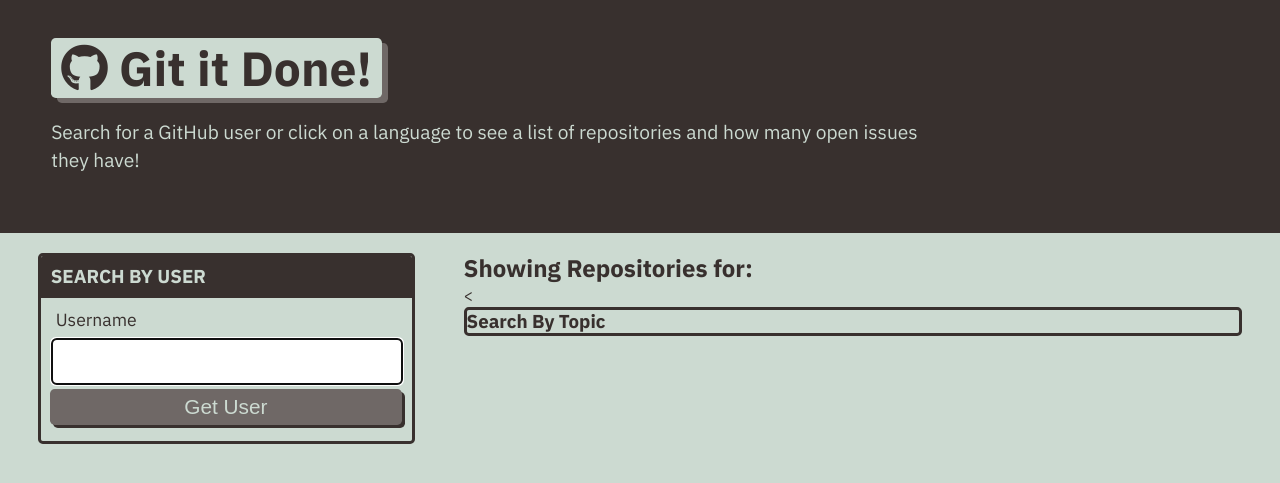
Repository: Brookethorson/git-it-done
Page: index.html
An editor plug-in stored every save of this project. The page is shown before and after the next save, followed by the edit.
The browser window is 1280 px wide. The pictures show the whole page.
Some web libraries are served in a nearby version.

Above is the page before, as saved 2021-09-04 17:38:23.

### index.html
<!DOCTYPE html>
<html lang="en">

<head>
  <meta charset="UTF-8">
  <meta name="viewport" content="width=device-width, initial-scale=1.0">
  <meta http-equiv="X-UA-Compatible" content="ie=edge">
  <link href="https://fonts.googleapis.com/css?family=IBM+Plex+Sans:400,400i,700&display=swap" rel="stylesheet">
  <link rel="stylesheet" href="https://cdnjs.cloudflare.com/ajax/libs/font-awesome/5.11.2/css/all.min.css">
  <link rel="stylesheet" href="./assets/css/style.css" />
  <title>Git it Done</title>
</head>

<body class="flex-column min-100-vh">
  <header class="hero">
    <h1 class="app-title"><i class="fab fa-github"></i> Git it Done!</h1>
    <p>Search for a GitHub user or click on a language to see a list of repositories and how many open issues they have!
    </p>
  </header>


  <main class="flex-row justify-space-between">
    <div class="col-12 col-md-4">

      <div class="card">
        <h3 class="card-header text-uppercase">Search By User</h3>
        <form id="user-form" class="card-body">
          <label class="form-label" for="username">Username</label>
          <input name="username" id="username" type="text" autofocus="true" class="form-input" />
          <button type="submit" class="btn">Get User</button>
        </form>
      </div>
    </div>



    <div class="col-12 col-md-8">
      <h2 class="subtitle">Showing Repositories for: <span id="repo-search-term"></span></h2>
      <div id="repos-container" class="list-group">

  < <div class="card">
    <h3>Search By Topic</h3>
  </div>

      </div>
    </div>
  </main>

  <script src="./assets/js/homepage.js"></script>
</body>

</html>

### assets/css/style.css
:root {
  --primary: #ccdad1;
  --secondary: #9caea9;
  --tertiary: #788585;
  --light-dark: #6f6866;
  --dark: #38302e;
  --border-radius: .3rem;
}

* {
  box-sizing: border-box;
}

body {
  background-color: var(--primary);
  margin: 0;
  padding: 0;
  font-family: "IBM Plex Sans", sans-serif;
  color: var(--dark);
  line-height: 1.5;
  font-size: 16px;
}

h1,
h2,
h3,
h4,
h5,
h6 {
  font-weight: 700;
  margin: 0;
  color: var(--dark);
  line-height: 1.25;
}

main {
  margin: 20px auto;
  width: 94%;
}

p {
  font-size: 1.2rem;
}

 .btn {
  font-size: 1.3rem;
  text-decoration:none;
  padding: 6px 5px;
  width: 100%;
  display: block;
  margin: 5px 0;
  border-radius: var(--border-radius);
  color: var(--primary);
  border: none;
  outline: none;
  background-color: var(--light-dark);
  box-shadow: 3px 3px var(--dark);
  transform: translate(-1px, -1px);
}

 .btn:hover {
  color: var(--primary);
  background-color: var(--tertiary);
  transform: translate(0, 0);
  box-shadow: 2px 2px var(--dark);
}

.btn-inline {
  display: inline;
}

.btn-back {
  border-radius: var(--border-radius);
  color: var(--primary);
  border: none;
  outline: none;
  background-color: var(--light-dark);
  box-shadow: 3px 3px var(--secondary);
  transform: translate(-1px, -1px);
  display: inline-block;
  width: auto;
  margin-top: 20px;
  padding: 15px;
  text-decoration: none;
  font-size: 1.2rem;
}

 .btn-back:hover {
  color: var(--primary);
  background-color: var(--tertiary);
  transform: translate(0, 0);
  box-shadow: 2px 2px var(--dark);
}

.hero {
  padding: 3% 4%;
  background-color: var(--dark);
  color: var(--primary);
}

.hero p {
  max-width: 75%;
}

.app-title {
  font-size: 3rem;
  background-color: var(--primary);
  color: var(--dark);
  padding: 0 10px;
  display: inline-block;
  border-radius: var(--border-radius);
  box-shadow: 6px 5px var(--light-dark);
}

.list-group {
  padding: 0;
  list-style: none;
}

.list-item {
  margin-bottom: 10px;
  padding: 1.5%;
  border-radius: var(--border-radius);
  background-color: var(--light-dark);
  color: var(--primary);
  text-decoration: none;
}

.list-item:hover {
  background-color: var(--dark);
}

.status-icon {
  padding: 2px 5px;
  margin: 0 5px;
  background-color: rgba(255,255,255, 1);
  border-radius: var(--border-radius);
}

.icon-danger {
  color: rgb(255, 70, 70);
}

.icon-success {
  color: rgb(29, 153, 255);
}

/* CARDS */
.card {
  margin: 0 0 20px 0;
  border: 3px solid var(--dark);
  border-radius: var(--border-radius);
}

.card-header {
  color: var(--primary);
  background-color: var(--dark);
  padding: 2.5%;
  border-radius: calc(.18rem - 1px) calc(.18rem - 1px) 0 0;
}

.card-body {
  padding: 2.5%;
}

/* FORM */
.form-label,
.form-input,
.form-textarea {
  display: block;
}

.form-label {
  font-size: 1.1rem;
  margin: 0 0 0 5px;
}

.form-input {
  width: 100%;
  padding: 3%;
  margin: 5px 0;
  font-size: 1.2rem;
  border: 2px solid var(--light-dark);
  border-radius: var(--border-radius);
}

/* HEIGHT / WIDTH UTILS */
.min-100-vh {
  min-height: 100vh;
}

.min-100-vw {
  min-width: 100vw;
}

/* FONT UTILS */
.text-uppercase {
  text-transform: uppercase;
}


/* FLEX CONTENT */
.flex-row {
  display: flex;
  flex-wrap: wrap;
}

.flex-column {
  display: flex;
  flex-direction: column;
  flex-wrap: wrap;
}

.justify-space-between {
  justify-content: space-between;
}

.justify-space-around {
  justify-content: space-around;
}

.justify-flex-start {
  justify-content: flex-start
}

.justify-flex-end {
  justify-content: flex-end;
}

.justify-center {
  justify-content: center;
}

.align-stretch {
  align-items: stretch;
}

.align-end {
  align-items: flex-end;
}

.align-center {
  align-items: center;
}

.col-auto {
  flex-grow: 1;
}

.col-1 {
  flex: 0 0 calc(100% * 1 / 12 - 2%);
}

.col-2 {
  flex: 0 0 calc(100% * 2 / 12 - 2%);
}

.col-3 {
  flex: 0 0 calc(100% * 3 / 12 - 2%);
}

.col-4 {
  flex: 0 0 calc(100% * 4 / 12 - 2%);
}

.col-5 {
  flex: 0 0 calc(100% * 5 / 12 - 2%);
}

.col-6 {
  flex: 0 0 calc(100% * 6 / 12 - 2%);
}

.col-7 {
  flex: 0 0 calc(100% * 7 / 12 - 2%);
}

.col-8 {
  flex: 0 0 calc(100% * 8 / 12 - 2%);
}

.col-9 {
  flex: 0 0 calc(100% * 9 / 12 - 2%);
}

.col-10 {
  flex: 0 0 calc(100% * 10 / 12 - 2%);
}

.col-11 {
  flex: 0 0 calc(100% * 11 / 12 - 2%);
}

.col-12 {
  flex: 0 0 100%;
}

/* col-sm */
@media screen and (min-width: 640px) {
  .col-sm-1 {
    flex: 0 0 calc(100% * 1 / 12 - 2%);
  }

  .col-sm-2 {
    flex: 0 0 calc(100% * 2 / 12 - 2%);
  }

  .col-sm-3 {
    flex: 0 0 calc(100% * 3 / 12 - 2%);
  }

  .col-sm-4 {
    flex: 0 0 calc(100% * 4 / 12 - 2%);
  }

  .col-sm-5 {
    flex: 0 0 calc(100% * 5 / 12 - 2%);
  }

  .col-sm-6 {
    flex: 0 0 calc(100% * 6 / 12 - 2%);
  }

  .col-sm-7 {
    flex: 0 0 calc(100% * 7 / 12 - 2%);
  }

  .col-sm-8 {
    flex: 0 0 calc(100% * 8 / 12 - 2%);
  }

  .col-sm-9 {
    flex: 0 0 calc(100% * 9 / 12 - 2%);
  }

  .col-sm-10 {
    flex: 0 0 calc(100% * 10 / 12 - 2%);
  }

  .col-sm-11 {
    flex: 0 0 calc(100% * 11 / 12 - 2%);
  }

  .col-sm-12 {
    flex: 0 0 100%;
  }
}


/* col-md */
@media screen and (min-width: 768px) {
  .col-md-1 {
    flex: 0 0 calc(100% * 1 / 12 - 2%);
  }

  .col-md-2 {
    flex: 0 0 calc(100% * 2 / 12 - 2%);
  }

  .col-md-3 {
    flex: 0 0 calc(100% * 3 / 12 - 2%);
  }

  .col-md-4 {
    flex: 0 0 calc(100% * 4 / 12 - 2%);
  }

  .col-md-5 {
    flex: 0 0 calc(100% * 5 / 12 - 2%);
  }

  .col-md-6 {
    flex: 0 0 calc(100% * 6 / 12 - 2%);
  }

  .col-md-7 {
    flex: 0 0 calc(100% * 7 / 12 - 2%);
  }

  .col-md-8 {
    flex: 0 0 calc(100% * 8 / 12 - 2%);
  }

  .col-md-9 {
    flex: 0 0 calc(100% * 9 / 12 - 2%);
  }

  .col-md-10 {
    flex: 0 0 calc(100% * 10 / 12 - 2%);
  }

  .col-md-11 {
    flex: 0 0 calc(100% * 11 / 12 - 2%);
  }

  .col-md-12 {
    flex: 0 0 100%;
  }
}

/* col-lg */
@media screen and (min-width: 992px) {
  .col-lg-1 {
    flex: 0 0 calc(100% * 1 / 12 - 2%);
  }

  .col-lg-2 {
    flex: 0 0 calc(100% * 2 / 12 - 2%);
  }

  .col-lg-3 {
    flex: 0 0 calc(100% * 3 / 12 - 2%);
  }

  .col-lg-4 {
    flex: 0 0 calc(100% * 4 / 12 - 2%);
  }

  .col-lg-5 {
    flex: 0 0 calc(100% * 5 / 12 - 2%);
  }

  .col-lg-6 {
    flex: 0 0 calc(100% * 6 / 12 - 2%);
  }

  .col-lg-7 {
    flex: 0 0 calc(100% * 7 / 12 - 2%);
  }

  .col-lg-8 {
    flex: 0 0 calc(100% * 8 / 12 - 2%);
  }

  .col-lg-9 {
    flex: 0 0 calc(100% * 9 / 12 - 2%);
  }

  .col-lg-10 {
    flex: 0 0 calc(100% * 10 / 12 - 2%);
  }

  .col-lg-11 {
    flex: 0 0 calc(100% * 11 / 12 - 2%);
  }

  .col-lg-12 {
    flex: 0 0 100%;
  }
}

/* col-xl */
@media screen and (min-width: 1200px) {
  .col-xl-1 {
    flex: 0 0 calc(100% * 1 / 12 - 2%);
  }

  .col-xl-2 {
    flex: 0 0 calc(100% * 2 / 12 - 2%);
  }

  .col-xl-3 {
    flex: 0 0 calc(100% * 3 / 12 - 2%);
  }

  .col-xl-4 {
    flex: 0 0 calc(100% * 4 / 12 - 2%);
  }

  .col-xl-5 {
    flex: 0 0 calc(100% * 5 / 12 - 2%);
  }

  .col-xl-6 {
    flex: 0 0 calc(100% * 6 / 12 - 2%);
  }

  .col-xl-7 {
    flex: 0 0 calc(100% * 7 / 12 - 2%);
  }

  .col-xl-8 {
    flex: 0 0 calc(100% * 8 / 12 - 2%);
  }

  .col-xl-9 {
    flex: 0 0 calc(100% * 9 / 12 - 2%);
  }

  .col-xl-10 {
    flex: 0 0 calc(100% * 10 / 12 - 2%);
  }

  .col-xl-11 {
    flex: 0 0 calc(100% * 11 / 12 - 2%);
  }

  .col-xl-12 {
    flex: 0 0 100%;
  }
}

### assets/js/homepage.js
var userFormEl = document.querySelector("#user-form");
var nameInputEl = document.querySelector("#username");
var repoContainerEl = document.querySelector("#repos-container");
var repoSearchTerm = document.querySelector("#repo-search-term");
var getFeaturedRepos = function(language) {
  var apiUrl = "https://api.github.com/search/repositories?q=" + language + "+is:featured&sort=help-wanted-issues";

  fetch(apiUrl).then(function(response){
    if(response.okay) {
      response.json().then(function(data) {
        displayRepos(data.items, language);
      });
    } else {
      alert('Error: Github user not found');
    }
    });
};

var formSubmitHandler = function(event) {
  // prevent page from refreshing
  event.preventDefault();

  // get value from input element
  var username = nameInputEl.value.trim();

  if (username) {
    getUserRepos(username);

    // clear old content
    repoContainerEl.textContent = "";
    nameInputEl.value = "";
  } else {
    alert("Please enter a GitHub username");
  }
};

var getUserRepos = function(user) {
  // format the github api url
  var apiUrl = "https://api.github.com/users/" + user + "/repos";

  // make a get request to url
  fetch(apiUrl)
    .then(function(response) {
      // request was successful
      if (response.ok) {
        console.log(response);
        response.json().then(function(data) {
          console.log(data);
          displayRepos(data, user);
        });
      } else {
        alert("Error: " + response.statusText);
      }
    })
    .catch(function(error) {
      alert("Unable to connect to GitHub");
    });
};

var displayRepos = function(repos, searchTerm) {
  // check if api returned any repos
  if (repos.length === 0) {
    repoContainerEl.textContent = "No repositories found.";
    return;
  }

  repoSearchTerm.textContent = searchTerm;

  // loop over repos
  for (var i = 0; i < repos.length; i++) {
    // format repo name
    var repoName = repos[i].owner.login + "/" + repos[i].name;

    // create a link for each repo
    var repoEl = document.createElement("a");
    repoEl.classList = "list-item flex-row justify-space-between align-center";
    repoEl.setAttribute("href", "./single-repo.html?repo=" + repoName);

    // create a span element to hold repository name
    var titleEl = document.createElement("span");
    titleEl.textContent = repoName;

    // append to container
    repoEl.appendChild(titleEl);

    // create a status element
    var statusEl = document.createElement("span");
    statusEl.classList = "flex-row align-center";

    // check if current repo has issues or not
    if (repos[i].open_issues_count > 0) {
      statusEl.innerHTML =
        "<i class='fas fa-times status-icon icon-danger'></i>" + repos[i].open_issues_count + " issue(s)";
    } else {
      statusEl.innerHTML = "<i class='fas fa-check-square status-icon icon-success'></i>";
    }

    // append to container
    repoEl.appendChild(statusEl);

    // append container to the dom
    repoContainerEl.appendChild(repoEl);
  }
};

// add event listeners to forms
userFormEl.addEventListener("submit", formSubmitHandler);

After the next save:
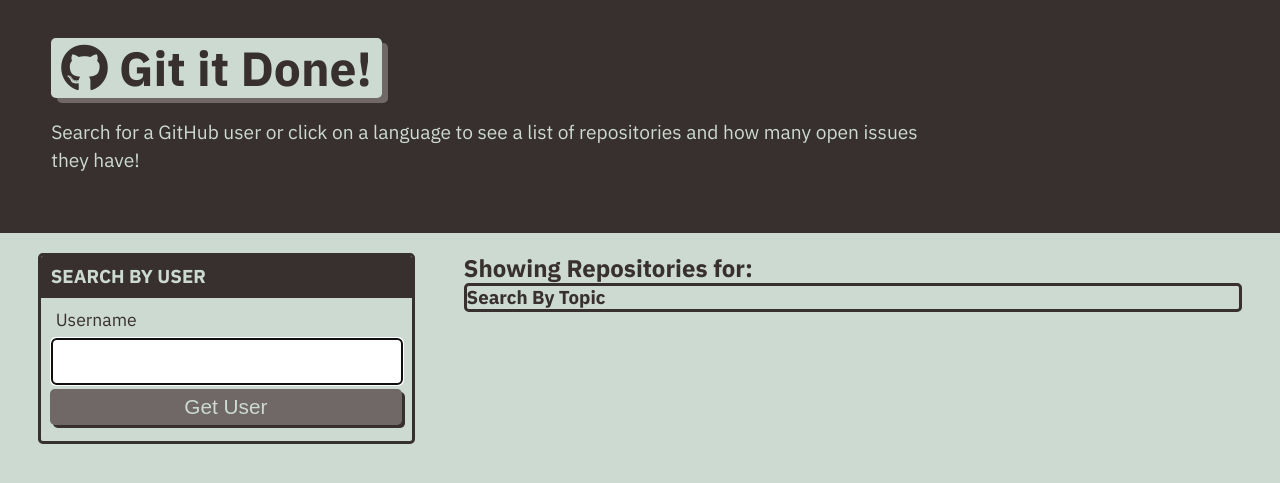
Saved 4 s later.
--- a/index.html
+++ b/index.html
@@ -38,7 +38,7 @@
       <h2 class="subtitle">Showing Repositories for: <span id="repo-search-term"></span></h2>
       <div id="repos-container" class="list-group">
 
-  < <div class="card">
+  <div class="card">
     <h3>Search By Topic</h3>
   </div>
 
